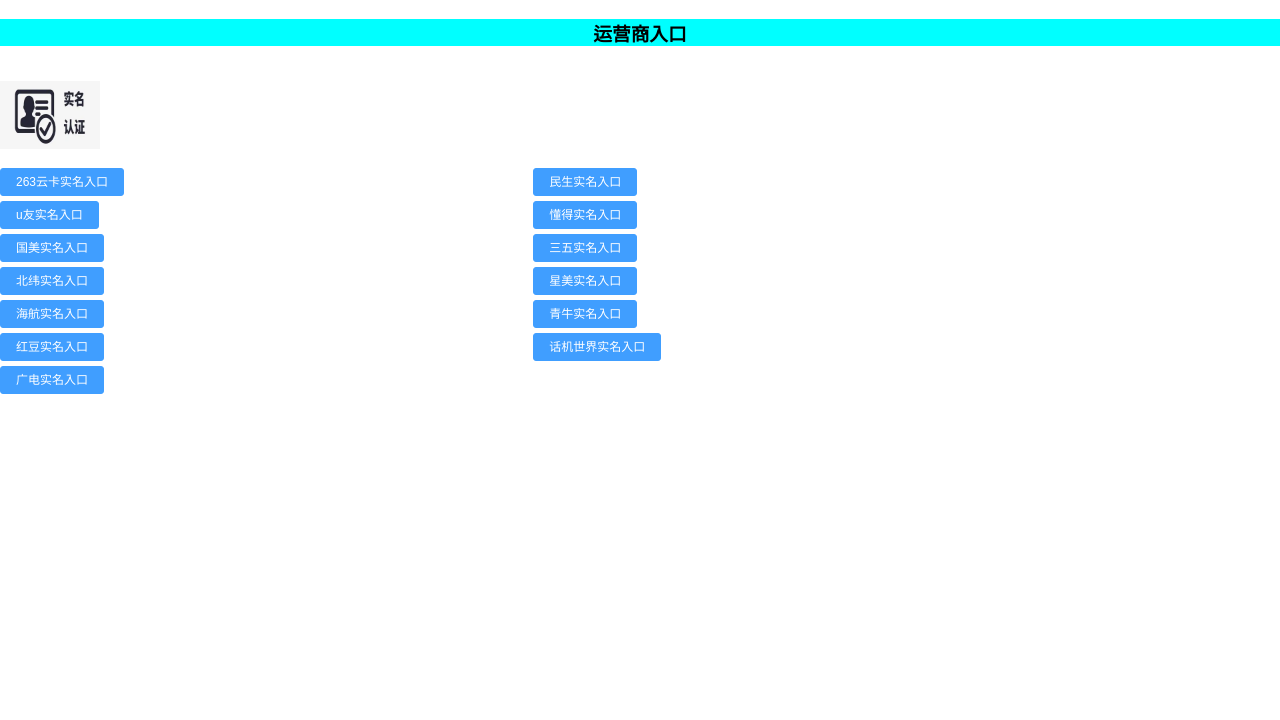
Repository: cmlsir1024/index-test
Page: index.html
An editor plug-in stored every save of this project. The page is shown before and after the next save, followed by the edit.
The browser window is 1280 px wide. The pictures show the whole page.

Above is the page before, as saved 2023-10-12 11:36:59.

### index.html
<!DOCTYPE html>
<html lang="en">
  <head>
    <meta charset="UTF-8" />
    <meta http-equiv="X-UA-Compatible" content="IE=edge" />
    <meta name="viewport" content="width=device-width, initial-scale=1.0" />

    <title>运营商入口</title>
    <script src="./js/vue.js"></script>
    <!-- 引入样式 -->
    <!-- <link rel="stylesheet" href="https://unpkg.com/element-ui/lib/theme-chalk/index.css" /> -->
    <!-- 引入组件库 -->
    <!-- <script src="https://unpkg.com/element-ui/lib/index.js"></script> -->
    <!-- <script src="./js/vue.js"></script> -->
    <!-- 引入样式 -->
    <link rel="stylesheet" href="./css/element-ui.css" />
    <!-- 引入组件库 -->
    <script src="./js/element-ui.js"></script>
    <style>
      html,
      body {
        margin: 0px;
        padding: 0px;
        overflow: hidden;
        /* background-color: #5e95dd; */
      }

      .tag {
        width: 60px;
        height: 30px;
        background: #a5bbd8;
        word-wrap: break-word;
        font-size: 12px;
        pointerevents: none;
      }

      .table-man {
        position: absolute;
        right: 10px;
        top: 0px;
        z-index: 999 !important;
      }

      /*最外层透明*/
      .el-table,
      .el-table__expanded-cell {
        /* background-color: transparent; */
        background-color: rgba(255, 255, 255, 0.5);
      }

      /* 表格内背景颜色 */
      .el-table th,
      .el-table tr,
      .el-table td {
        /* background-color: rgba(94, 150, 223); */
      }

      .el-dropdown-link {
        cursor: pointer;
        color: #ffffff;
        font-size: 16px;
      }

      .el-icon-arrow-down {
        font-size: 16px;
      }

      .ListCss {
        margin-top: 10px;
        margin-bottom: 10px;
        /* width: 100%; */
        display: flex;
        justify-content: flex-end;
      }

      .ist-add {
      }
      .icolor {
        color: chartreuse;
      }
      .xiacolor {
        color: dimgrey;
      }

      /* .buttonCss {
      margin-left: 50%;
    } */
      .el-table tr {
        background-color: transparent;
      }
      .box {
        justify-content: center;
      }
      .buttons {
        margin-bottom: 5px;
      }
    </style>
  </head>

  <body>
    <div id="app">
      <h3 style="background-color: aqua; text-align: center">运营商入口</h3>
      <el-image
        style="width: 100px; height: 100px"
        src="./asstas/bg.png"
      ></el-image>
      <div class="box">
        <el-row>
          <el-col :span="10" v-for="item in dataList">
            <el-button
              class="buttons"
              size="mini"
              @click="handleInfo(item.url)"
              type="primary"
            >
              {{item.name}}
            </el-button>
          </el-col>
        </el-row>

        <el-dialog
          title="扫码进入入口"
          :visible.sync="dialogVisible"
          width="80%"
        >
          <el-image
            style="width: 100px; height: 100px"
            :src="jpgList"
          ></el-image>
          <span slot="footer" class="dialog-footer">
            <el-button @click="dialogVisible = false">取 消</el-button>
            <el-button type="primary" @click="dialogVisible = false">
              确 定
            </el-button>
          </span>
        </el-dialog>
      </div>
    </div>
  </body>

  <script>
    var vm = new Vue({
      el: "#app",

      data: function () {
        return {
          radio1: "",
          dataList: [
            { name: "263云卡实名入口", id: 1, url: "./asstas/1.jpg" },
            { name: "民生实名入口", id: 2, url: "./asstas/2.jpg" },
            { name: "u友实名入口", id: 3, url: "./asstas/3.jpg" },
            { name: "懂得实名入口", id: 4, url: "./asstas/4.jpg" },
            { name: "国美实名入口", id: 4, url: "./asstas/4.jpg" },
            { name: "三五实名入口", id: 4, url: "./asstas/4.jpg" },
            { name: "北纬实名入口", id: 4, url: "./asstas/4.jpg" },
            { name: "星美实名入口", id: 4, url: "./asstas/4.jpg" },
            { name: "海航实名入口", id: 4, url: "./asstas/4.jpg" },
            { name: "青牛实名入口", id: 4, url: "./asstas/4.jpg" },
            { name: "红豆实名入口", id: 4, url: "./asstas/4.jpg" },
            { name: "话机世界实名入口", id: 4, url: "./asstas/4.jpg" },
            { name: "广电实名入口", id: 4, url: "./asstas/4.jpg" },
          ],
          dialogVisible: false,
          jpgList: "",
        };
      },
      created: function () {},
      mounted: function () {},
      methods: {
        handleInfo(str) {
          console.log(str);
          this.jpgList = str;
          this.dialogVisible = true;
        },
      },
    });
  </script>
</html>

Loaded but not shown: js/vue.js (library); css/element-ui.css (library); js/element-ui.js (library)

After the next save:
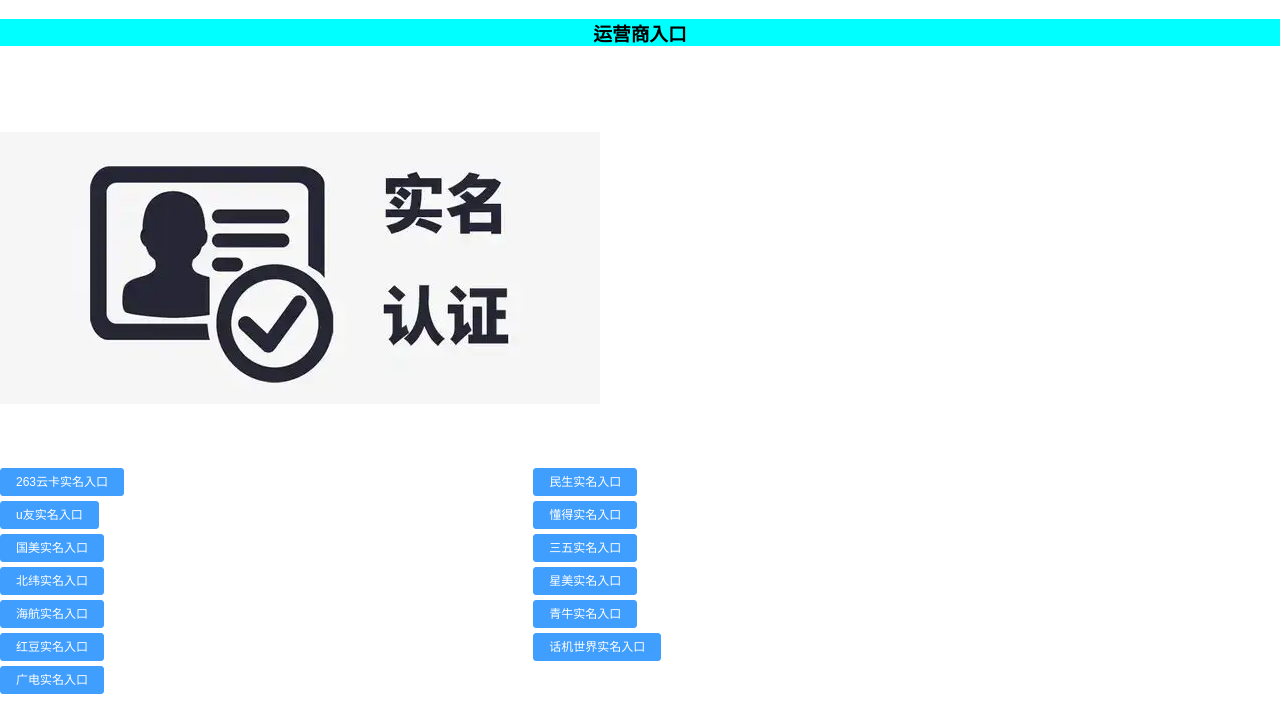
Saved 34 s later.
--- a/index.html
+++ b/index.html
@@ -100,10 +100,7 @@
   <body>
     <div id="app">
       <h3 style="background-color: aqua; text-align: center">运营商入口</h3>
-      <el-image
-        style="width: 100px; height: 100px"
-        src="./asstas/bg.png"
-      ></el-image>
+      <el-image src="./asstas/bg.png"></el-image>
       <div class="box">
         <el-row>
           <el-col :span="10" v-for="item in dataList">
